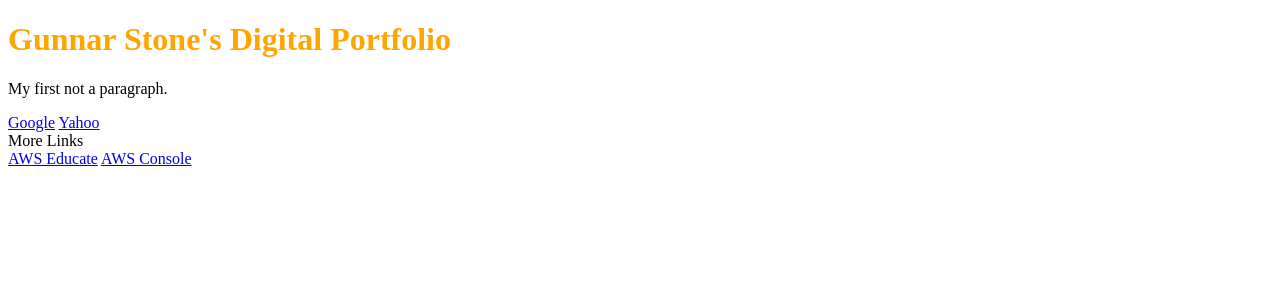
Repository: GunnarStone/GunnarStone.github.io
Page: index.html
The author's editor kept a record of every edit. The page is drawn from the files as they stood at one moment, then again after the next edit.
The browser window is 1280 px wide. The pictures show the whole page.

Above is the page before.

### index.html
<!DOCTYPE html>
<html>
    <head>
        <style>
        body {background-color: white;}
        h1   {color: orange;}
        p    {color: black;}
        a:hover {
          background-color: orange;
          color:white;
        }
        </style>
        <title>My Little Digital Portfolio</title>
    </head>
    <body>

    <h1>Gunnar Stone's Digital Portfolio</h1>
    <p>My first not a paragraph.</p>
    <div>
    <a href="https://www.yahoo.com/">Google</a>
    <a href="https://www.google.com/">Yahoo</a>
    </div>
    <div class="dropdown">
        <div class="moreLinks">More Links</div>
        <div class="dropdownContent">
        <a href="https://www.awseducate.com">AWS Educate</a>
        <a href="https://console.aws.amazon.com">AWS Console</a>
        </div>
    </div>
    </body>
</html>

After the next edit:
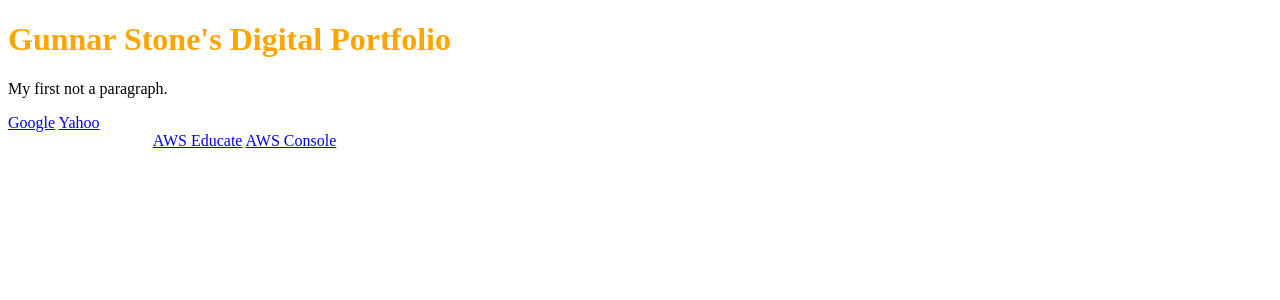
The edit:
--- a/index.html
+++ b/index.html
@@ -8,6 +8,12 @@
         a:hover {
           background-color: orange;
           color:white;
+        }
+        .moreLinks {
+            color: white;
+            font-size:24px;
+            padding:16px;
+            float: left;
         }
         </style>
         <title>My Little Digital Portfolio</title>
